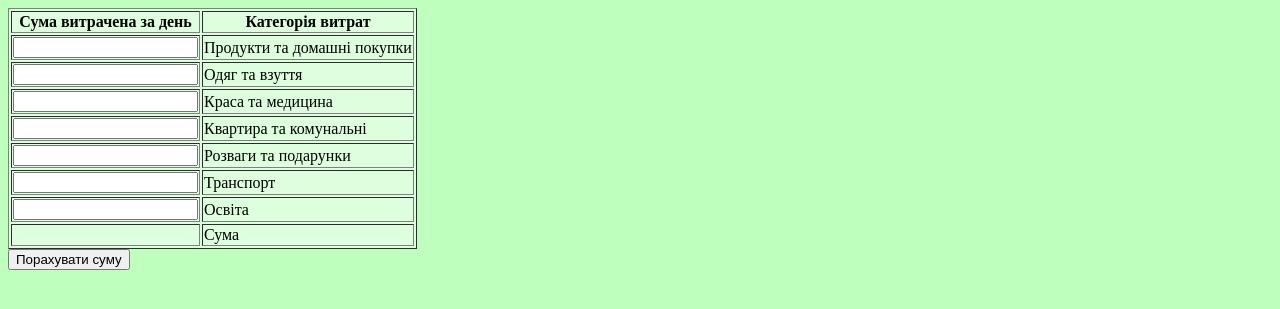
Repository: alexandrastarovoyda-star/Planer2
Page: index.html
An editor plug-in stored every save of this project. The page is shown before and after the next save, followed by the edit.
The browser window is 1280 px wide. The pictures show the whole page.

Above is the page before, as saved 2026-03-25 21:05:32.

### index.html
<!DOCTYPE html>
<html lang="uk">
    <head>
            <meta charset="UTF-8">
            <title>Планер бюджету</title>
            <link rel="stylesheet" href="css/all.css">
            <link rel="stylesheet" href="css/index.css">
    </head>
    <body>
        <table border="1" class="table_calculator" id="day_spend_table">
            <tr>
                <th>Сума витрачена за день</th>
                <th>Категорія витрат</th>
            </tr>
        </table>
        <button id="Calculate_sum">Порахувати суму</button>
    <script src="js/index.js"></script>
    </body>
</html>

### css/all.css
body{
    background: rgba(172, 255, 172, 0.781);
}

### css/index.css
#day_spend_table{
    background: rgba(255, 255, 255, 0.466);
}

### js/index.js
const list1 = ['Продукти та домашні покупки', 'Одяг та взуття', 'Краса та медицина', 'Квартира та комунальні', 'Розваги та подарунки', 'Транспорт', 'Освіта'];

list1.forEach(Myfunction);

function Myfunction(value, id){
    const tr = document.createElement('tr');
    const td1 = document.createElement('td');
    const td2 = document.createElement('td');
    const input = document.createElement('input');
    input.type = 'number';
    input.id = `input_${id}`;
    input.addEventListener('input', SaveData)
    td2.textContent = value;
    td1.appendChild(input);
    tr.appendChild(td1);
    tr.appendChild(td2);
    document.getElementById('day_spend_table').appendChild(tr);
}

const tr = document.createElement('tr');
const td1 = document.createElement('td');
const td2 = document.createElement('td');
td1.id = `sum1`;
td2.textContent = 'Сума';
tr.appendChild(td1);
tr.appendChild(td2);
document.getElementById('day_spend_table').appendChild(tr);

function CalculeteSum(){
    let sum = 0;
    const inputs = document.querySelectorAll('#day_spend_table input');

    inputs.forEach(function(input){
        const value = Number(input.value);
        if(!isNaN(value)){
            sum += value;
        };
    });
    document.getElementById('sum1').textContent = sum;
}

document.getElementById('Calculate_sum').onclick = CalculeteSum;

function SaveData(){
    const inputs = document.querySelectorAll('#day_spend_table input');
    inputs.forEach(function (input){
        localStorage.setItem(input.id, input.value);
    });
};

function LoadData (){
    const inputs = document.querySelectorAll('#day_spend_table input');
    inputs.forEach(function(input){
        localStorage.getItem(input.id);
        if(saved !== null)
            input.value = saved;
    });
};

After the next save:
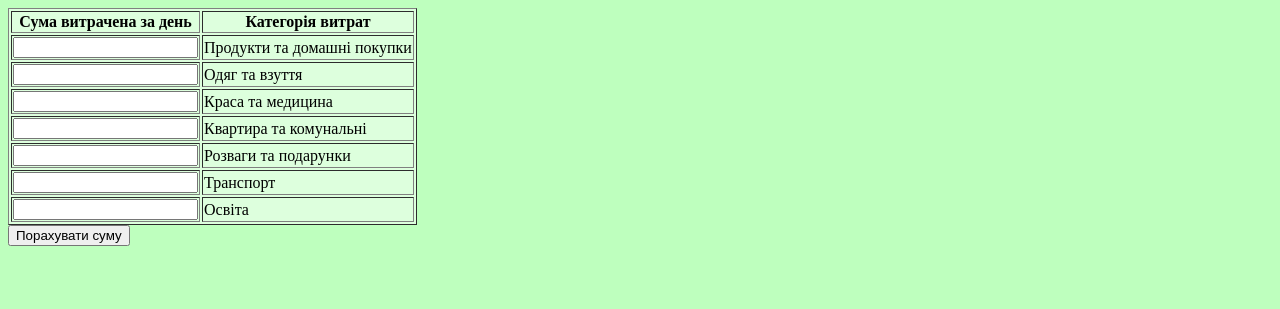
Console error: ReferenceError: saved is not defined
Saved 49 s later.
--- a/js/index.js
+++ b/js/index.js
@@ -1,6 +1,7 @@
 const list1 = ['Продукти та домашні покупки', 'Одяг та взуття', 'Краса та медицина', 'Квартира та комунальні', 'Розваги та подарунки', 'Транспорт', 'Освіта'];
 
 list1.forEach(Myfunction);
+LoadData();
 
 function Myfunction(value, id){
     const tr = document.createElement('tr');

After the save that followed:
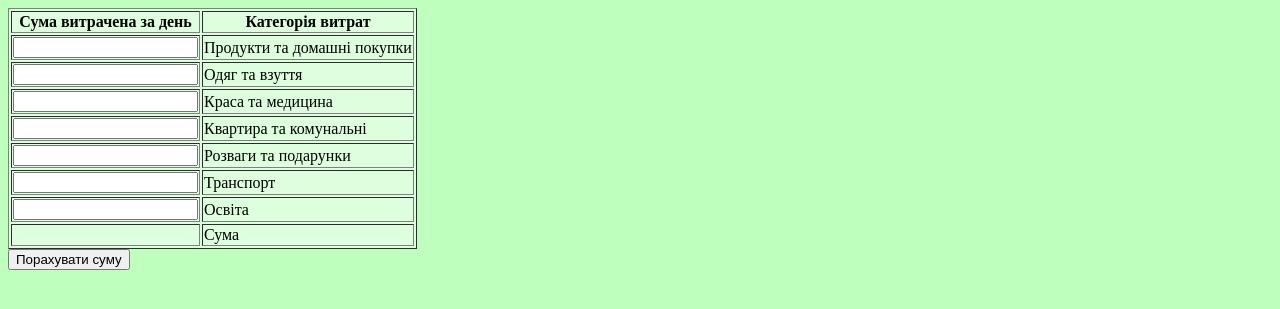
The error is gone.
Saved 111 s later.
--- a/js/index.js
+++ b/js/index.js
@@ -52,7 +52,7 @@
 function LoadData (){
     const inputs = document.querySelectorAll('#day_spend_table input');
     inputs.forEach(function(input){
-        localStorage.getItem(input.id);
+        const saved = localStorage.getItem(input.id);
         if(saved !== null)
             input.value = saved;
     });
